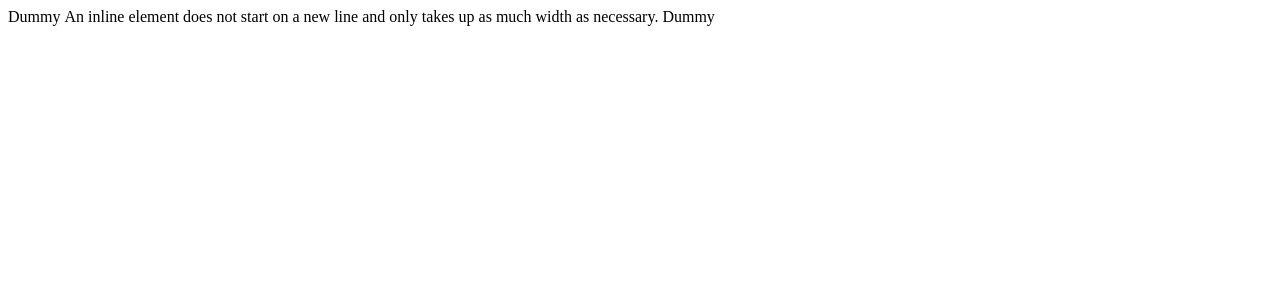
Repository: daeun0220/KB_EDU_JAVA
Page: work03_FrontUI/front02_CSS3/src/main/webapp/css11_display(w3c).html
An editor plug-in stored every save of this project. The page is shown before and after the next save, followed by the edit.
The browser window is 1280 px wide. The pictures show the whole page.

Above is the page before, as saved 2023-08-08 04:41:58.

### work03_FrontUI/front02_CSS3/src/main/webapp/css11_display(w3c).html
<!DOCTYPE html>
<html>
<head>
<meta charset="UTF-8">
<title>Insert title here</title>
<style>
#box {
	/*display: none;*/
	display: inline;
}
</style>
</head>
<body>
<span>Dummy</span>
<div id="box">
	<span>An inline element does not start on a new line and only takes up as much width as necessary.</span>
</div>
<span>Dummy</span>
</body>
</html>

After the next save:
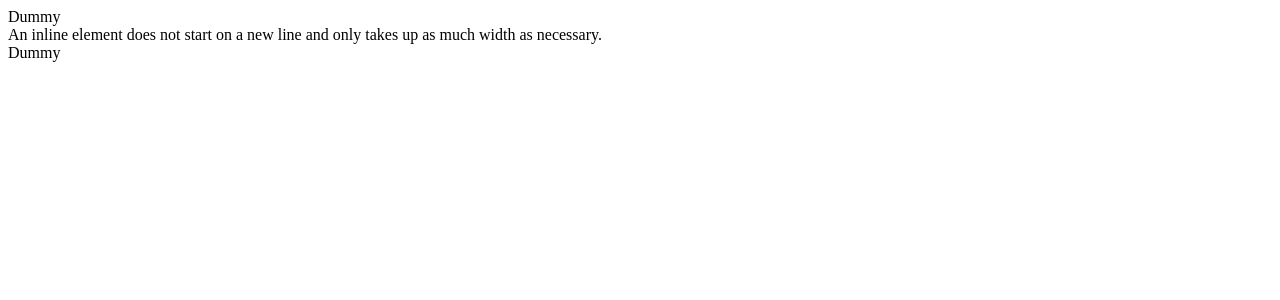
Saved 25 s later.
--- a/work03_FrontUI/front02_CSS3/src/main/webapp/css11_display(w3c).html
+++ b/work03_FrontUI/front02_CSS3/src/main/webapp/css11_display(w3c).html
@@ -6,7 +6,9 @@
 <style>
 #box {
 	/*display: none;*/
-	display: inline;
+	/*display: inline;*/
+	display: block;
+
 }
 </style>
 </head>
